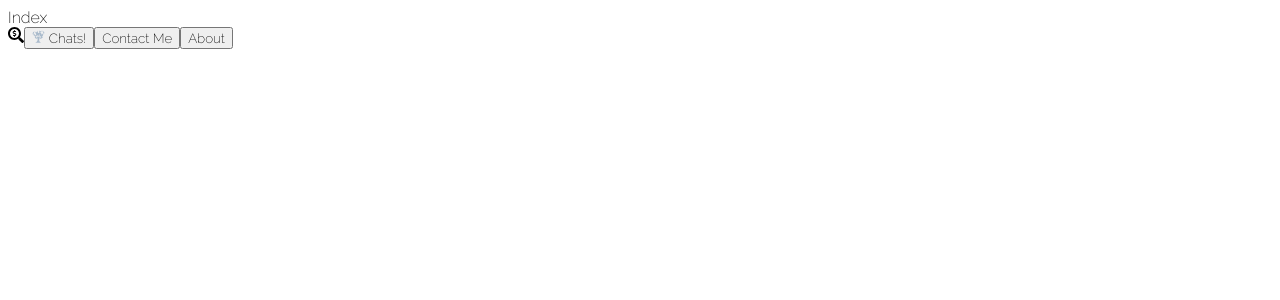
Repository: semileeBCIT/MDIA2109Tut4
Page: /
The author's editor kept a copy of each file at every save. The page is drawn from the files as they stood at one save, then again after the next save.
The browser window is 1280 px wide. The pictures show the whole page.
The project was rebuilt for these pictures with package versions that can differ from the ones it lists, and the page was loaded fresh each time. The framework's server and built-in components were replaced by stand-ins that run in the browser. Also part of the build but not shown: next.config.js.

Above is the page before, as saved 2020-04-15 22:08:51.

After the next save:
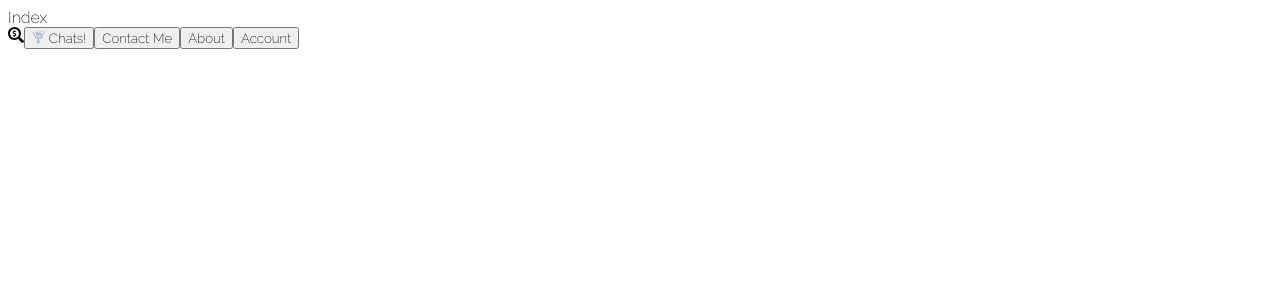
Saved 33 s later.
--- a/pages/index.js
+++ b/pages/index.js
@@ -18,6 +18,7 @@ const Index = () => <div id="mainapp">
     <Link href="/ChatPage"><button><GiBurningTree color="#ABC" /> Chats!</button></Link>
     <Link href="/Contact"><button>Contact Me</button></Link>
     <Link href="/About"><button>About</button></Link>
+    <Link href="/Account"><button>Account</button></Link>
 </div>
 
 export default Index;
